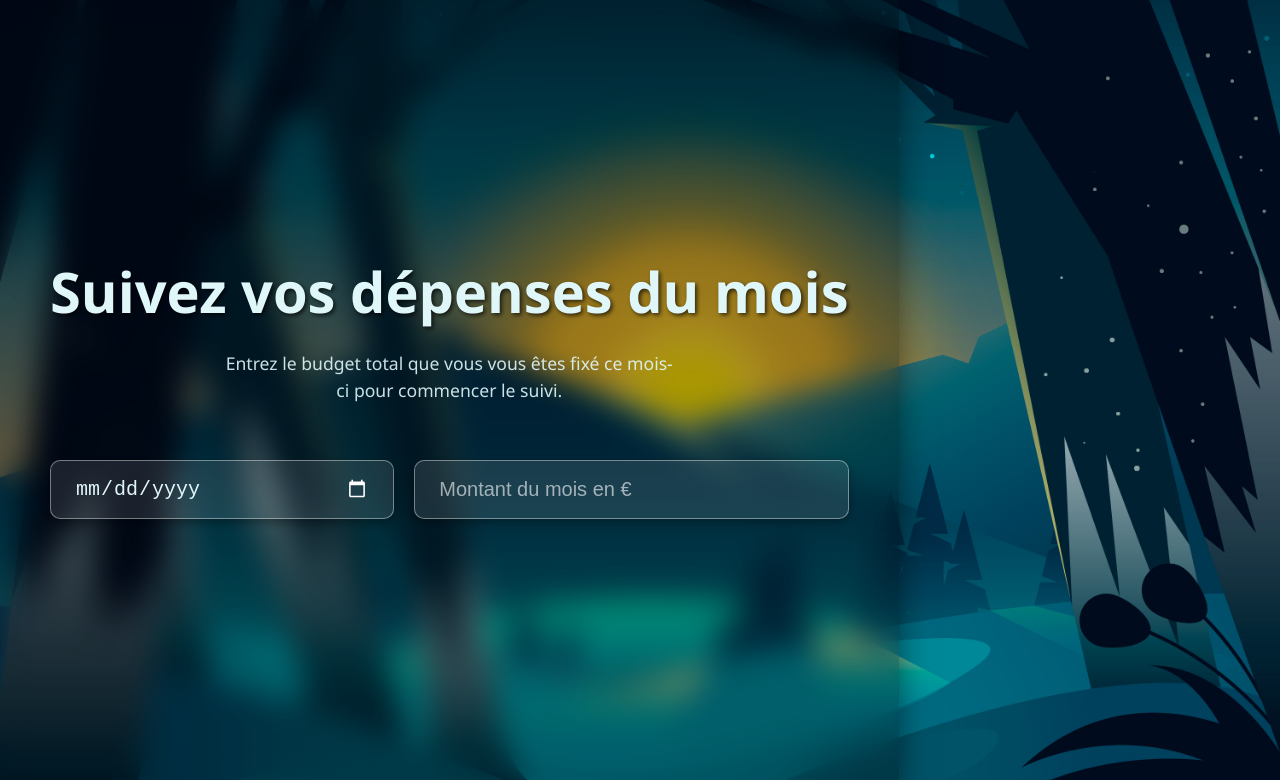
Repository: Alexandre74739/depense-react
Page: /
An editor plug-in stored every save of this project. The page is shown before and after the next save, followed by the edit.
The browser window is 1280 px wide. The pictures show the whole page.
Backgrounds fixed to the window are drawn as part of the page. The project was rebuilt for these pictures with package versions that can differ from the ones it lists, and the page was loaded fresh each time. Also part of the build but not shown: vite.config.js.

Above is the page before, as saved 2025-11-21 19:46:28.

### index.html
<!doctype html>
<html lang="en">
  <head>
    <meta charset="UTF-8" />
    <link rel="icon" type="image/svg+xml" href="/vite.svg" />
    <meta name="viewport" content="width=device-width, initial-scale=1.0" />
    <title>depense</title>
  </head>
  <body>
    <div id="root"></div>
    <script type="module" src="/src/main.jsx"></script>
  </body>
</html>

### src/index.css
:root {
  font-family: system-ui, Avenir, Helvetica, Arial, sans-serif;
  line-height: 1.5;
  font-weight: 400;

  color-scheme: light dark;
  color: rgba(255, 255, 255, 0.87);
  background-color: #242424;

  font-synthesis: none;
  text-rendering: optimizeLegibility;
  -webkit-font-smoothing: antialiased;
  -moz-osx-font-smoothing: grayscale;
}

body {
  margin: 0;
  display: flex;
  place-items: center;
  min-width: 320px;
  min-height: 100vh;
}

### src/App.jsx
import { useState, useCallback } from 'react'
import './App.css'
import Compteur from './Compteur'

function App() {
  const [count, setCount] = useState(0) // Variable non utilisée pour l'instant

  return (
    <>
      <div className="container">
        <h1>Suivez vos dépenses du mois</h1> {/* Texte ajusté */}
        <p>Entrez le budget total que vous vous êtes fixé ce mois-ci pour commencer le suivi.</p> {/* Texte ajusté */}
        <Compteur />
      </div>
    </>
  )
}

export default App

### src/App.css
:root {
  --color-primary: #8aa9ff;
  --color-text: #e0f7fa;
  --color-background: #1e3a8a;
  --blur-intensity: 15px;
}

body {
  margin: 0;
  min-height: 100vh;
  color: var(--color-text);
  font-family: 'Segoe UI', Tahoma, Geneva, Verdana, sans-serif;
  background-image: url(src/assets/img-background.jpg);
  background-position: center;
  background-repeat: no-repeat;
  background-size: cover;
  background-attachment: fixed; /* Rend l'effet plus agréable lors du défilement */
}

.container {
  display: flex;
  flex-direction: column;
  justify-content: center;
  align-items: center;
  min-height: 100vh;
  text-align: center;
  background-color: rgba(0, 0, 0, 0.3);
  backdrop-filter: blur(var(--blur-intensity));
  padding: 30px 50px;
  box-shadow: 0 10px 30px rgba(0, 0, 0, 0.5);
  transition: all 0.3s ease-in;
}

.container h1 {
  font-size: 3.5rem;
  line-height: 1.1;
  margin: 0 0 10px 0;
  text-shadow: 2px 2px 4px rgba(0, 0, 0, 0.7);
}

.container p {
    font-size: 1.1rem;
    max-width: 450px;
    margin-bottom: 25px;
    opacity: 0.9;
}

@media (max-width: 600px) {
  .container {
    padding: 20px 30px;
    min-height: auto;
    margin: 20px;
  }

  .container h1 {
    font-size: 2.2rem;
  }
}

### src/Compteur.jsx
import { useCallback, useState } from "react";
import './Compteur.css';

function Compteur() {
    return (
        <div className="compteur-controls">
            <input type="date" />
            <input type="number" placeholder="Montant du mois en €"
            />
        </div>
    )
}

export default Compteur;

### src/Compteur.css
.compteur-controls {
    display: flex;
    justify-content: center;
    gap: 20px;
    margin-top: 2rem;
    width: 100%;
}

.compteur-controls input {
    padding:16px 24px;
    font-size: 1.25rem;
    border-radius: 10px;
    background-color: rgba(255, 255, 255, 0.1);
    border: 1px solid rgba(255, 255, 255, 0.4);
    color: var(--color-text, #e0f7fa);
    box-shadow: 0 4px 10px rgba(0, 0, 0, 0.3);
    transition: all 0.3s ease;
    -webkit-appearance: none;
    -moz-appearance: none;
    appearance: none;
    flex-grow: 1;
    box-sizing: border-box;
    max-width: 450px;
}


.compteur-controls input[type="date"]::-webkit-calendar-picker-indicator {
    filter: invert(1);
}

.compteur-controls input:focus {
    outline: none;
    border-color: var(--color-primary, #8aa9ff);
    background-color: rgba(255, 255, 255, 0.2);
    box-shadow: 0 0 15px var(--color-primary, #8aa9ff);
}

.compteur-controls input::placeholder {
    color: rgba(255, 255, 255, 0.6);
}

@media (max-width: 768px) {
    .compteur-controls {
        flex-direction: column;
        align-items: stretch;
    }

    .compteur-controls input {
        width: 100%;
        flex-grow: 0;
        min-width: auto;
        font-size: 1.1rem;
    }
}

Loaded but not shown: src/main.jsx (common file)

After the next save:
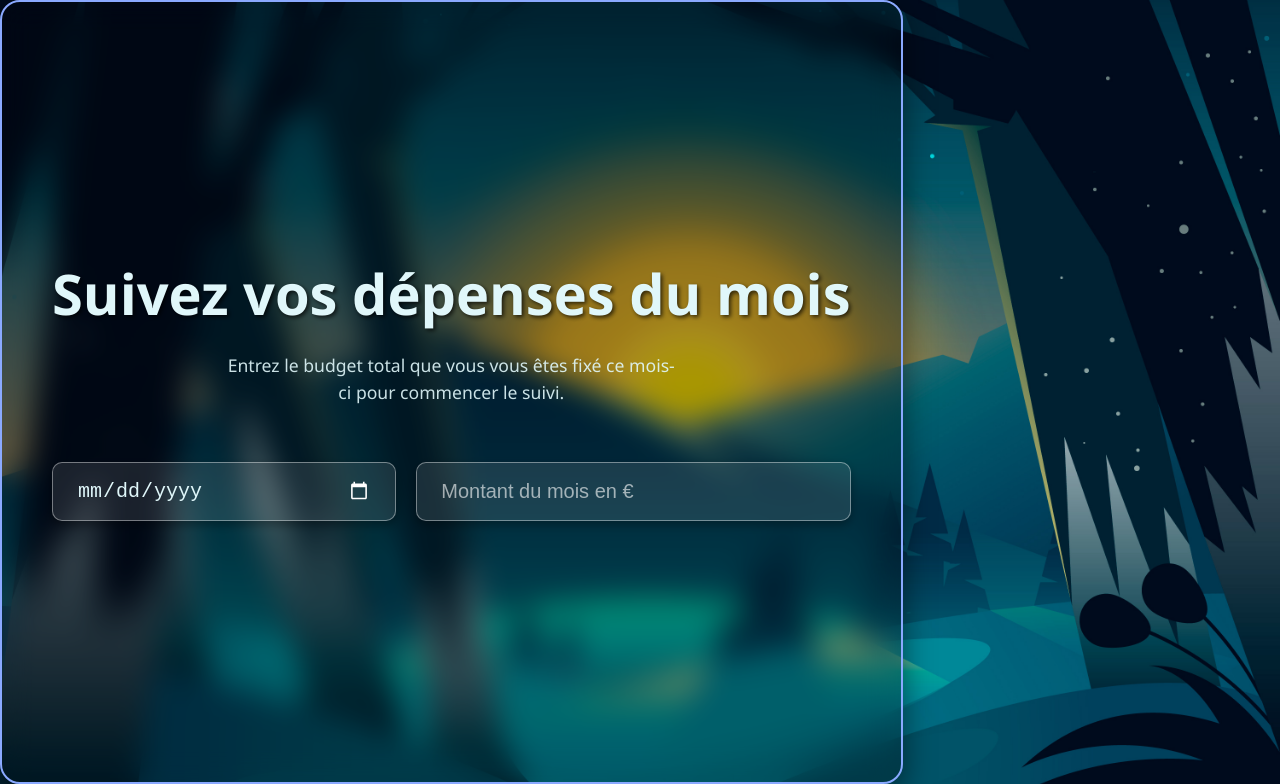
Saved 6 s later.
--- a/src/App.css
+++ b/src/App.css
@@ -25,6 +25,8 @@ body {
   min-height: 100vh;
   text-align: center;
   background-color: rgba(0, 0, 0, 0.3);
+  border: 2px solid var(--color-primary);
+  border-radius: 20px;
   backdrop-filter: blur(var(--blur-intensity));
   padding: 30px 50px;
   box-shadow: 0 10px 30px rgba(0, 0, 0, 0.5);
